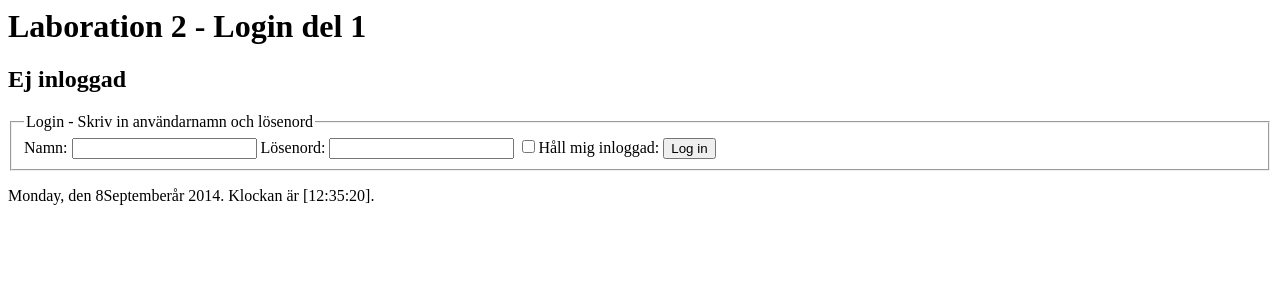
Repository: ed222an/1DV408-Laborationer
Page: http://localhost/
These files come from the project's save history. The page is drawn as it stood at one moment and after the next save; the edit follows.
The browser window is 1280 px wide. The pictures show the whole page.
The page is run by PHP 8.4 with error messages shown; the project is at /var/www/html/.

Above is the page before, as saved 2014-09-08 13:00:42.

### Labb2/Loginsystem/index.php
<?php
	setlocale(LC_ALL , "swedish");

	$weekDay = ucfirst(strftime("%A"));
	$month = ucfirst(strftime("%B"));
	// Fixar formatet så att datumet anpassas för olika platformar. Lösning hittade på http://php.net/manual/en/function.strftime.php
	$format = '%e';

	// Kontrollerar ifall windowsformatet används och ersätter %e med en fungerande del.
	if (strtoupper(substr(PHP_OS, 0, 3)) == 'WIN')
	{
    	$format = preg_replace('#(?<!%)((?:%%)*)%e#', '\1%#d', $format);
	}

	echo "<html>
			<head>
				<title>Laboration 2 - Login del 1</title>
				<meta charset='utf-8'>
			</head>
			<body>
				<h1>Laboration 2 - Login del 1</h1>
				<h2>Ej inloggad</h2>
				<form id='loginForm'>
					<fieldset>
						<legend>Login - Skriv in användarnamn och lösenord</legend>
						Namn: <input type='text' name='userName'> Lösenord: <input type='password' name='userPassword'> <input type='checkbox' name='stayLoggedIn'>Håll mig inloggad:
						<button type='submit' form='loginForm' value='Submit'>Log in</button>
					</fieldset>
				</form>
				" . strftime('' . $weekDay . ', den ' . $format . ''. $month . 'år %Y. Klockan är [%H:%M:%S]') . ".
			</body>
		</html>";
?>

After the next save:
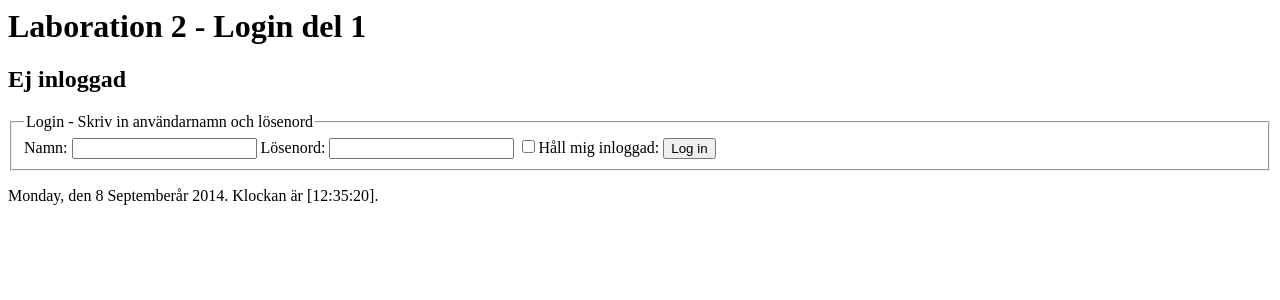
Saved 5 s later.
--- a/Labb2/Loginsystem/index.php
+++ b/Labb2/Loginsystem/index.php
@@ -27,7 +27,7 @@
 						<button type='submit' form='loginForm' value='Submit'>Log in</button>
 					</fieldset>
 				</form>
-				" . strftime('' . $weekDay . ', den ' . $format . ''. $month . 'år %Y. Klockan är [%H:%M:%S]') . ".
+				" . strftime('' . $weekDay . ', den ' . $format . ' '. $month . 'år %Y. Klockan är [%H:%M:%S]') . ".
 			</body>
 		</html>";
 ?>
